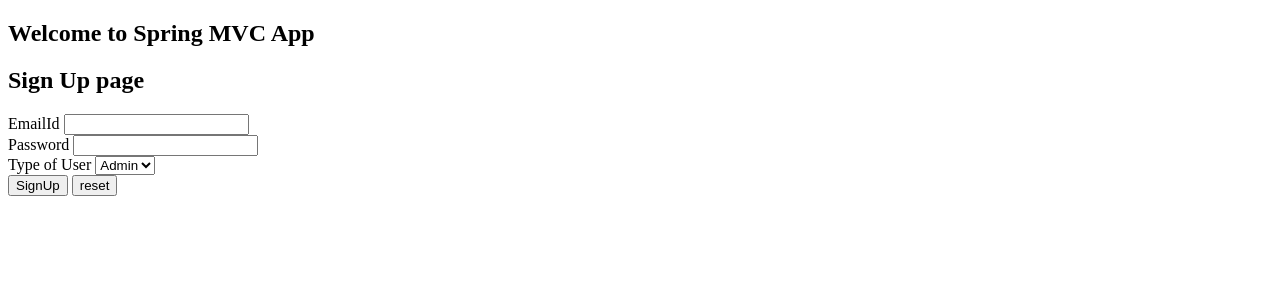
Repository: Prieena/cgi_java_training
Page: http://localhost/LoginApp_Assignment2/signup
An editor plug-in stored every save of this project. The page is shown before and after the next save, followed by the edit.
The browser window is 1280 px wide. The pictures show the whole page.
The page is served by Tomcat 9.

Above is the page before, as saved 2024-09-27 15:58:48.

After the next save:
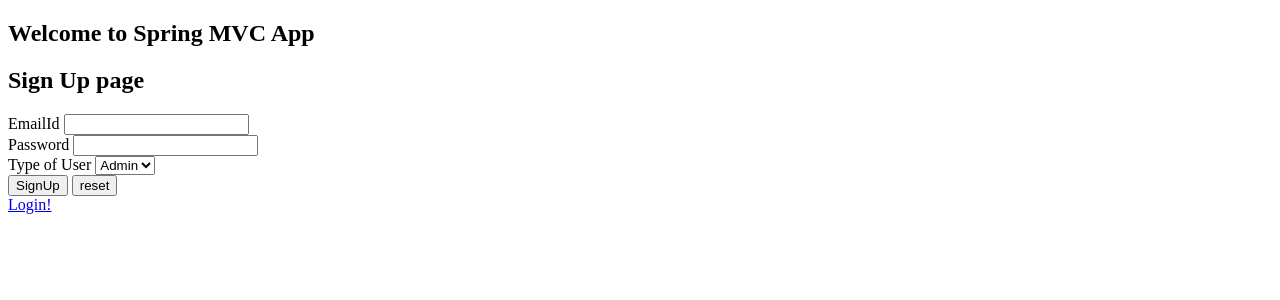
Saved 31 s later.
--- a/spring-mvc/LoginApp_Assignment2/src/main/webapp/signup.jsp
+++ b/spring-mvc/LoginApp_Assignment2/src/main/webapp/signup.jsp
@@ -22,5 +22,6 @@
 	<input type="submit" value="SignUp"/>
 	<input type="reset" value="reset"/>
 	</form>
+	<a href="login">Login!</a>
 </body>
 </html>
